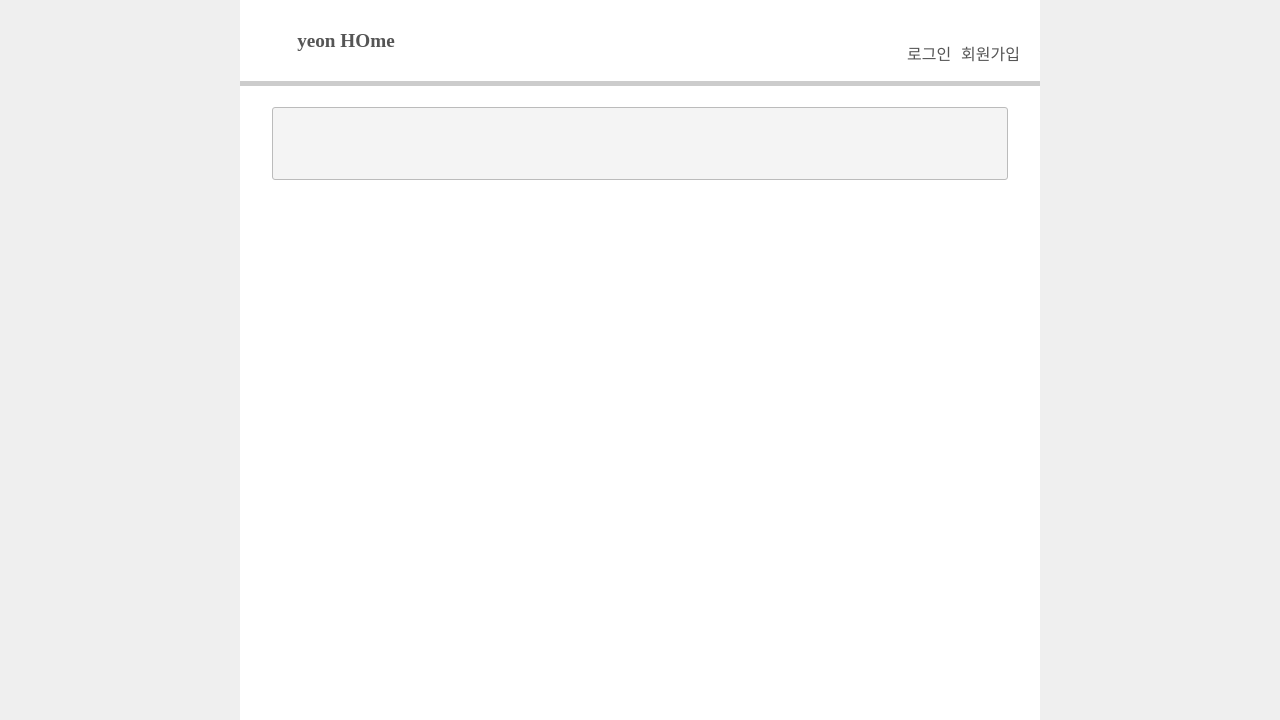
Repository: yeonhwa323/webPro
Page: webPro/src/main/webapp/javascript/days08/ex08.html
These files come from the project's save history. The page is drawn as it stood at one moment and after the next save; the edit follows.
The browser window is 1280 px wide. The pictures show the whole page.
Some web fonts or font styles are not loaded; a fallback is used.

Above is the page before, as saved 2024-04-16 03:25:15.

### webPro/src/main/webapp/javascript/days08/ex08.html
<!DOCTYPE html>
<html>
<head>
<meta charset="UTF-8">
<meta name="viewport" content="width=device-width, initial-scale=1.0">
<title>Insert title here</title>
<link rel="shortcut icon" type="image/x-icon" href="http://localhost/webPro/images/SiSt.ico">
<script src="https://ajax.googleapis.com/ajax/libs/jquery/3.7.1/jquery.min.js"></script>
<link rel="stylesheet" href="http://localhost/webPro/resources/cdn-main/example.css">
<script src="http://localhost/webPro/resources/cdn-main/example.js"></script>
<style>
 span.material-symbols-outlined{
   vertical-align: text-bottom;
 }
</style>
</head>
<body>
<header>
  <h1 class="main"><a href="#" style="position: absolute;top:30px;">yeon HOme</a></h1>
  <ul>
    <li><a href="#">로그인</a></li>
    <li><a href="#">회원가입</a></li>
  </ul>
</header>
<div>
  <xmp class="code">

  </xmp>
</div>
</body>
</html>

### webPro/src/main/webapp/resources/cdn-main/example.css
@charset "UTF-8";

@import url('https://fonts.googleapis.com/css2?family=Material+Symbols+Outlined:opsz,wght,FILL,GRAD@20..48,100..700,0..1,-50..200');

@font-face {
    font-family: 'GmarketSansMedium';
    src: url('https://cdn.jsdelivr.net/gh/projectnoonnu/noonfonts_2001@1.1/GmarketSansMedium.woff') format('woff');
    font-weight: normal;
    font-style: normal;
}

:root {
	--text-color: #555;
	--sub-text-color: #777;
	--back-color: #EFEFEF;
	--header-color: #444;
	--primary-color: #DEDEDE;
	--secondary-color: #EFEFEF;
	--default-width: 800px;
	--narrow-width: 500px;
	--wide-width: 1200px;
	--text-font: 'GmarketSansMedium';
	--icon-font: 'Material Symbols Outlined';
	--border-color: #CCC;
}

html, body {
	margin: 0;
	padding: 0;
}

html {
	background-color: var(--back-color);
	display: flex;
	justify-content: center;
	min-height: 100vh;
}

body, body.default {
	width: var(--default-width);
	background-color: white;
	padding-bottom: 120px;
}

body.wide {
	width: var(--wide-width);
}

body.narrow {
	width: var(--narrow-width);
}



body, p, div, span, a, input, select, option, textarea, button, table, th, td, label, fieldset, legend {
	font-family: var(--text-font);
	color: var(--text-color);
}

h1, h2, h3 {
	font-family: var(--text-font);
	color: var(--header-color);
	padding: 0 1rem;
	padding-top: .5rem;
}

div > h1, div > h2, div > h3 {
	padding: 0;
}

body > div, body > main > div {
	padding: 0.3rem 1rem;
}


h1 { font-size: 2rem; border-bottom: 1px solid var(--border-color); }
h1 small { font-size: 1.2rem; color: var(--sub-text-color); }
h2 { font-size: 1.5rem; border-bottom: 1px dashed var(--border-color); }
h2 small { font-size: 1.1rem; color: --sub-text-color; }
h3 { font-size: 1.2rem; }
h3 small { font-size: 1rem; color: --sub-text-color; }



h1.main::before {
	font-family: var(--icon-font);
  	content: '\e666';
  	margin-right: 10px;
  	float: left;
	font-size: 2.5rem;
}

h1.sub::before {
	font-family: var(--icon-font);
  	content: '\ea19';
  	margin-right: 10px;
  	float: left;
	font-size: 2.5rem;
}


h1.page::before {
	font-family: var(--icon-font);
  	content: '\e0e0';
  	margin-right: 10px;
  	float: left;
	font-size: 2.5rem;
}

body > header > ul > li > .active{
	background-color: #FFF;
	color:#F00;
}

body > header {
	display: flex;
	justify-content: space-between;
	border-bottom: 5px solid var(--border-color);
	min-height: 74px;
	background-color: #FFF;
}

body > header.sticky {
	position: sticky;
	top: 0;
	z-index: 98;
}

body > header > h1 {
	font-size: 1.2rem;
	border: 0;
}

body > header.in > h1::before {
	font-family: var(--icon-font);
  	content: '\e332‥';
  	margin-right: 3px;
  	float: left;
	font-size: 2rem;
}


body > header > ul {
	list-style-type: none;
	display: flex;
	align-items: flex-end;
	margin-right: 10px;
}

body > header > ul > li {
	margin-right: 10px;
	cursor: pointer;
}

body > header > ul > li > a {
	cursor: pointer;
}


form {
	display: block;
}

form > div {
	padding: 0.3rem 1rem;
}

div > form > div {
	padding: 0.3rem 0;
}

input, textarea, button, select {
	border: 1px solid #BBB;
	border-radius: 3px;
	outline: none;
	resize: none;
	padding: 7px;
	margin: 0;
}

input[type=text]:read-only, textarea:read-only {
	cursor: not-allowed;
	background-color: #FFF;
}

input[type=text]:disabled, textarea:disabled {
	cursor: not-allowed;
	background-color: #EEE;
}

input[type=text], input[type=password], textarea, button, select {
	/* width: 300px; */
}

textarea {
	display: block;
	height: 100px;
}

input[type=button], input[type=submit], button {
	/* width: inherit; */
}

input.short, textarea.short, button.short, select.short {
	width: 100px;
}

input.long, textarea.long, button.long, select.long {
	width: 350px;
}

.narrow input.long, .narrow textarea.long, .narrow button.long, .narrow select.long {
	width: calc(100% - 20px);
}

input.full, textarea.full, button.full, select.full {
	width: calc(100% - 20px);
}

textarea.short {
	height: 50px;
}

textarea.long {
	height: 100px;
}

textarea.full {
	height: 200px;
}

input, textarea {
	padding-top: 8px;
}

input[type=button], input[type=submit], button {
	padding: 5px 10px;
	background-color: var(--secondary-color);
	cursor: pointer;
	min-height: 36px;
}

input[type=button].primary, input[type=submit].primary, button.primary {
	/* background-color: rgba(100, 149, 237, .2); */
	background-color: var(--primary-color);
}

input[type=button].primary:hover, input[type=submit].primary:hover, button.primary:hover {
	/* background-color: rgba(100, 149, 237, .3); */
	background-color: var(--secondary-color);
}

input[type=button]:hover, input[type=submit]:hover, button:hover {
	background-color: var(--primary-color);
}

button {
	position: relative;
	left: 0;
	top: 0;
	padding-left: 35px;
}

button .material-symbols-outlined {
	position: absolute;
	left: 10px;
	top: 4px;
}

/* k2nik add */
button.login::before {
	font-family: var(--icon-font);
  	content: '\ea77';
	position: absolute;
	left: 11px;
	top: 4px;
	font-size: 1.25rem;
}

/* k2nik logout */
button.logout::before {
	font-family: var(--icon-font);
  	content: '\e9ba';
	position: absolute;
	left: 11px;
	top: 4px;
	font-size: 1.25rem;
}

/* k2nik help */
button.help::before {
	font-family: var(--icon-font);
  	content: '\f1c0';
	position: absolute;
	left: 11px;
	top: 4px;
	font-size: 1.25rem;
}

button.add::before{
	font-family: var(--icon-font);
  	content: '\e746';
	position: absolute;
	left: 11px;
	top: 4px;
	font-size: 1.25rem;
}

button.back::before {
	font-family: var(--icon-font);
  	content: '\e166';
	position: absolute;
	left: 11px;
	top: 4px;
	font-size: 1.25rem;
}

button.list::before {
	font-family: var(--icon-font);
  	content: '\e0ee';
	position: absolute;
	left: 11px;
	top: 4px;
	font-size: 1.25rem;
}


button.del::before {
	font-family: var(--icon-font);
  	content: '\e872';
	position: absolute;
	left: 11px;
	top: 4px;
	font-size: 1.25rem;
}


button.edit::before {
	font-family: var(--icon-font);
  	content: '\e745';
	position: absolute;
	left: 11px;
	top: 4px;
	font-size: 1.25rem;
}


button.login::before {
	font-family: var(--icon-font);
  	content: '\ea77';
	position: absolute;
	left: 11px;
	top: 4px;
	font-size: 1.25rem;
}


button.logout::before {
	font-family: var(--icon-font);
  	content: '\e9ba';
	position: absolute;
	left: 11px;
	top: 4px;
	font-size: 1.25rem;
}


button.in::before {
	font-family: var(--icon-font);
  	content: '\f71a';
	position: absolute;
	left: 11px;
	top: 4px;
	font-size: 1.25rem;
}


button.out::before {
	font-family: var(--icon-font);
  	content: '\f70e';
	position: absolute;
	left: 11px;
	top: 4px;
	font-size: 1.25rem;
}


button.reply::before {
	font-family: var(--icon-font);
  	content: '\e15e';
	position: absolute;
	left: 11px;
	top: 4px;
	font-size: 1.25rem;
}


button.comment::before {
	font-family: var(--icon-font);
  	content: '\e0b9';
	position: absolute;
	left: 11px;
	top: 4px;
	font-size: 1.25rem;
}


button.modal::before {
	font-family: var(--icon-font);
  	content: '\e89e';
	position: absolute;
	left: 11px;
	top: 4px;
	font-size: 1.25rem;
}


button.ok::before {
	font-family: var(--icon-font);
  	content: '\e86c';
	position: absolute;
	left: 11px;
	top: 4px;
	font-size: 1.25rem;
}


button.cancel::before {
	font-family: var(--icon-font);
  	content: '\e5c9';
	position: absolute;
	left: 11px;
	top: 4px;
	font-size: 1.25rem;
}

button.search::before {
	font-family: var(--icon-font);
  	content: '\e8b6';
	position: absolute;
	left: 11px;
	top: 4px;
	font-size: 1.25rem;
}

button.home::before {
	font-family: var(--icon-font);
  	content: '\e88a';
	position: absolute;
	left: 11px;
	top: 4px;
	font-size: 1.25rem;
}


button.sidebar::before {
	font-family: var(--icon-font);
  	content: '\f7e4';
	position: absolute;
	left: 11px;
	top: 4px;
	font-size: 1.25rem;
}


button.sidebar-right::before {
	font-family: var(--icon-font);
  	content: '\f7e5';
	position: absolute;
	left: 11px;
	top: 4px;
	font-size: 1.25rem;
}




button::before {
	font-family: var(--icon-font);
  	content: '\e323';
	position: absolute;
	left: 11px;
	top: 4px;
	font-size: 1.25rem;
}


table {
	border-collapse: collapse;
	margin: 1rem;
	box-sizing: border-box;
	width: calc(100% - 32px);
}

table.content {
	width: auto;
}

div > table {
	margin: 0;
}

table th, table td {
	border: 1px solid var(--border-color);
	padding: 7px;
	font-weight: normal;
}

table th {
	background-color: var(--back-color);
}

table.vertical th {
	width: 150px;
}

table.vertical td {
	width: calc(100% - 182px);
	padding-left: 10px;
}

table.content td, table.content th {
	width: auto;
}

body.narrow table.vertical th {
	width: 100px;
}

body.narrow table.vertical td {
	width: calc(100% - 182px);
}


table + table {
	margin-top: 30px;
}


p {
	padding: 0 1rem;
}

a {
	text-decoration: none;
}

a:hover {
	color: rgba(255, 99, 71, .7);
}

hr {
	border: 0;
	border-top: 1px solid var(--border-color);
	margin: 2rem 0;
}

.message {
	border: 1px solid var(--border-color);
	background-color: #EFEFEF;
	margin: 1rem;
	width: auto;
	padding-top: 10px;
	padding-bottom: 10px;
	font-size: 14px;
}

.message[title]::before {
	content: attr(title);
	display: block;
	border-bottom: 1px solid var(--border-color);
	padding-bottom: 5px;
	margin-bottom: 10px;
	margin-top: 7px;
}

.message.short {
	max-width: 250px;
}

.message.long {
	max-width: 500px;
}

.badge {
	float: right;
	font-size: .8rem;
	margin-top: 2px;
	margin-right: 2px;
	text-shadow: 0 0 7px gray;
}

.badge.left {
	float: none;
	margin-left: 2px;
}

.badge.right {
	float: right;
}

.badge.red {
	border-radius: 50%;
	padding: 2px 5px;
	background-color: rgb(255, 99, 71, .3);
}

.badge.yellow {

	border-radius: 50%;
	padding: 2px 5px;
	background-color: rgb(255, 215, 0, .5);
}

.badge.blue {
	border-radius: 50%;
	padding: 2px 5px;
	background-color: rgb(100, 149, 237, .3);
}

label + label {
	margin-left: 7px;
}

label input[type=checkbox], label input[type=radio] {
	transform: translate(0, 1px);
}

.group {
	display: flex;
}

.modal-content .group {
	margin-bottom: .5rem;
}

.group label {
	border: 1px solid #BBB;
	border-radius: 3px;
	outline: none;
	resize: none;
	padding: 7px 14px;
	margin: 0;
	border-top-right-radius: 0;
	border-bottom-right-radius: 0;
	background-color: #EFEFEF;
	white-space: nowrap;
	font-size: 14px;
}

.group input[type=text] {
	margin-left: -1px;
	border-top-left-radius: 0;
	border-bottom-left-radius: 0;
}

.group select {
	margin-left: -1px;
	border-top-left-radius: 0;
	border-bottom-left-radius: 0;
}

.group input.full[type=text] {
	margin-left: -1px;
	border-top-left-radius: 0;
	border-bottom-left-radius: 0;
	width: 100%;
}

.group input[type=button]:first-child, .group button:first-child {
	border-top-left-radius: 3px;
	border-bottom-left-radius: 3px;
	margin-left: 0px;
}

.group input[type=button], .group button {
	border-radius: 0;
	margin-left: -1px;
}

.group input[type=button]:last-child, .group button:last-child {
	margin-left: -1px;
	border-top-right-radius: 3px;
	border-bottom-right-radius: 3px;
}

.seperate {
	display: flex;
	justify-content: space-between;
}

div.list {
	width: max-content;
	margin: 1rem;
	border: 1px solid #BBB;
	border-radius: 3px;
	padding: 0;
}

div.list.full {
	width: auto;
	display: block;
	margin: 1rem;
	border: 1px solid #BBB;
	border-radius: 3px;
	padding: 0;
}

div.list > div {
	padding: .5rem 1rem;
	margin: 0;
	border-bottom: 1px solid #BBB;
}

div.list > div:last-child {
	border-bottom: 0;
}

pre.code , xmp.code{
	font-family: consols;
	background-color: rgba(150, 150, 150, .1);
	border: 1px solid #BBB;
	border-radius: 3px;
	padding: .5rem 1rem;
	padding-bottom: .6rem;
	margin: 1rem;
}




*[data-modal-window] {
	position: fixed;
	background-color: rgba(0, 0, 0, .3);
	left: 0;
	top: 0;
	display: none;
	justify-content: center;
	align-items: flex-start;
	width: 100%;
	min-height: 100vh;
	z-index: 100;
	opacity: 0;
	transition: 500ms all;
}

*[data-modal-window] .modal-container {
	border-radius: 5px;
	padding: 1rem;
	padding-bottom: .5rem;
	margin-top: -500px;
	opacity: 0;
	width: 500px;
	background-color: #FFF;
	margin-right: 2rem;
	transition: 500ms all;
}

*[data-modal-size=content] .modal-container {
	width: auto;
}

*[data-modal-size=narrow] .modal-container {
	width: 300px;
}

*[data-modal-size=wide] .modal-container {
	width: 760px;
}


*[data-modal-window] .modal-header {
	border-bottom: 1px solid var(--border-color);
	padding: 2px 5px;
}

*[data-modal-window] .modal-content {
	padding: 1rem 5px;
}

*[data-modal-window] .modal-content div:last-child {
	margin-top: 1rem;
	text-align: right;
}



*[data-sidebar-window] {
	position: fixed;
	background-color: #FFF;
	left: 0;
	top: 0;
	display: block;
	width: 300px;
	border-right: 1px solid var(--border-color);
	box-sizing: border-box;
	box-shadow: 0 0 3px var(--back-color);
	min-height: 100vh;
	z-index: 99;
	transform: translate(-300px, 0);
	transition-duration: 500ms;
	transition-property: transform;
}

*[data-sidebar-direction=right] {
	left: auto;
	right: 0;
	transform: translate(300px, 0);
	border-left: 1px solid var(--border-color);
}

*[data-sidebar-size=wide] {
	width: 500px;
	transform: translate(-500px, 0);
}

*[data-sidebar-window] .sidebar-title {
	border-bottom: 1px solid var(--border-color);
	margin-top: 20px;
	margin-bottom: 20px;
	padding-bottom: 5px;
	display: flex;
	justify-content: space-between;
}

*[data-sidebar-window] .sidebar-title span:last-child {
	cursor: pointer;
}


/* K2Nik pagination */
.center {
  text-align: center;
}

.pagination {
  display: inline-block;
}

.pagination a {
  color: black;
  float: left;
  padding: 3px 6px;
  text-decoration: none;
  transition: background-color .3s;
  border: 1px solid #ddd;
  margin: 0 3px;
}

.pagination a.active {
  background-color: #4CAF50;
  color: white;
  border: 1px solid #4CAF50;
}

.pagination a:hover:not(.active) {background-color: #ddd;}

### webPro/src/main/webapp/resources/cdn-main/example.js

window.onload = () => {

    const list = document.querySelectorAll('input, textarea');

    list.forEach(item => {
        item.setAttribute('autocomplete', 'off');
    });


    const modal_btn_list = document.querySelectorAll('*[data-modal-button]');

    modal_btn_list.forEach(item => {
        item.onclick = function() {

            const name = this.dataset['modalButton'];
            const modal_window = document.querySelector('*[data-modal-window=' + name);

            const container = document.createElement('div');
            container.className = 'modal-container';



            const modal_header = document.createElement('div');
            modal_header.textContent = modal_window.dataset['modalTitle'];
            modal_header.className = 'modal-header';
            container.appendChild(modal_header);

            const modal_content = document.createElement('div');
            modal_content.className = 'modal-content';
            container.appendChild(modal_content);

            Array.from(modal_window.childNodes).forEach(item => {
                modal_content.appendChild(item);
            });

            modal_window.appendChild(container);

            modal_window.style.display = 'flex';

            setTimeout(() => {
                modal_window.style.opacity = 1;
                container.style.marginTop = '20px';
                container.style.opacity = 1;
            }, 50);


            const modal_ok = document.querySelector('*[data-modal-ok=' + name);
            modal_ok.addEventListener('click', function() {
                modal_window.style.opacity = 0;
                container.style.marginTop = '-500px';
                container.style.opacity = 0;

                setTimeout(() => {
                    modal_window.innerHTML = modal_content.innerHTML;
                    modal_window.style.display = 'none';
                }, 500);

            });

            const modal_cancel = document.querySelector('*[data-modal-cancel=' + name);
            modal_cancel.addEventListener('click', function() {

                modal_window.style.opacity = 0;
                container.style.marginTop = '-500px';
                container.style.opacity = 0;

                setTimeout(() => {
                    modal_window.innerHTML = modal_content.innerHTML;
                    modal_window.style.display = 'none';
                }, 500);
            });


        };
    });


    const sidebar_btn_list = document.querySelectorAll('*[data-sidebar-button]');

    sidebar_btn_list.forEach(item => {
        item.onclick = function() {



            const name = this.dataset['sidebarButton'];
            const sidebar_window = document.querySelector('*[data-sidebar-window=' + name);

            if (sidebar_window.style.transform == 'translate(0px, 0px)') return;



            sidebar_window.style.transform = 'translate(0, 0)';

            const sidebar_title = document.createElement('div');
            sidebar_title.className = 'sidebar-title';
            sidebar_title.innerHTML = '<span>' + sidebar_window.dataset['sidebarTitle'] + '</span><span class="material-symbols-outlined">close</span>';

            sidebar_title.children[1].onclick = function() {

                let sign = 1;
                let distance = 300;

                if (sidebar_window.dataset['sidebarDirection'] != 'right') {
                    sign = -1;
                } else {
                    sign = 1;
                }

                if (sidebar_window.dataset['sidebarSize'] != 'wide') {
                    distance = 300;
                } else {
                    distance = 500;
                }

                distance *= sign;

                sidebar_window.style.transform = 'translate(' + distance + 'px, 0)';

                setTimeout(function() {
                    sidebar_window.removeChild(sidebar_window.children[0]);
                }, 500);
            };


            sidebar_window.prepend(sidebar_title);

        }
    });

};

// window.onkeydown = function(event) {

//     if (event.keyCode == 27) {
//         if (document.querySelector('[data-modal-window').style.display == 'flex') {
//             document.querySelector('[data-modal-window').style.display = 'none';
//         }
//     }

// };

After the next save:
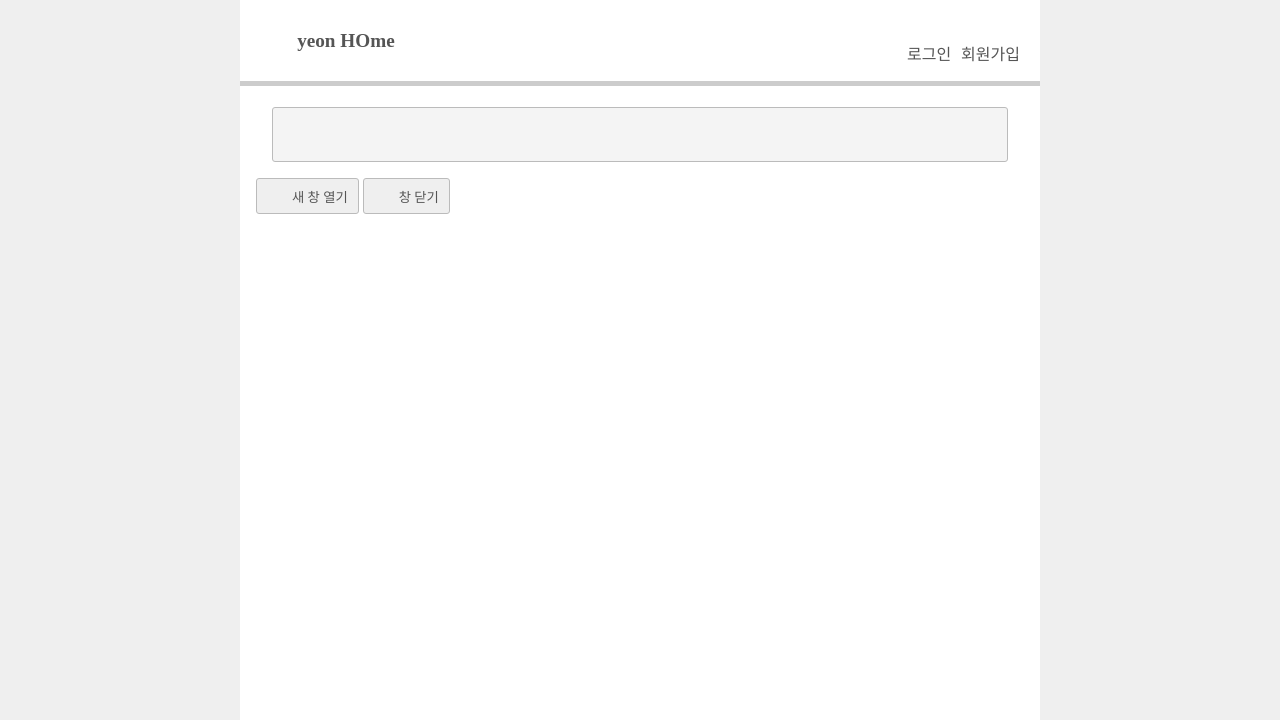
Saved 4 min 38 s later.
--- a/webPro/src/main/webapp/javascript/days08/ex08.html
+++ b/webPro/src/main/webapp/javascript/days08/ex08.html
@@ -24,8 +24,34 @@
 </header>
 <div>
   <xmp class="code">
+  </xmp>
 
-  </xmp>
+  <button onclick="windowOpen();">새 창 열기</button>
+  <button onclick="windowClose();">창 닫기</button>
+
 </div>
+
+<script>
+  function windowOpen(){
+	  const windowFeatures = "left=100,top=200,width=600,height=500"
+	  window.open(
+			  "ex08_02.html", "", windowFeatures);
+  }
+  function windowClose(){
+
+  }
+</script>
+
+<script>
+  let name;
+  function test() {}
+
+  // [window.]name
+  // [window.]test()
+  // [window.]document.write();
+  // [window.]alert();
+
+</script>
+
 </body>
 </html>
